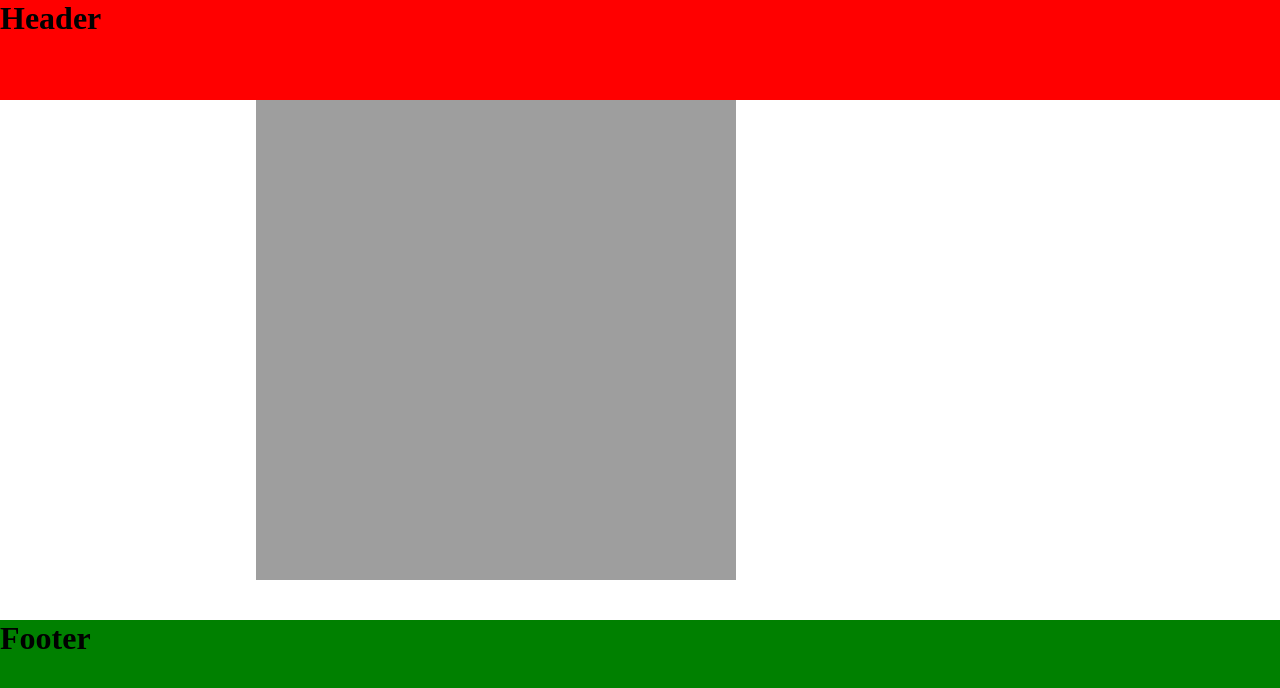
Repository: jameswilky/chess
Page: index.html
These files come from the project's save history. The page is drawn as it stood at one moment and after the next save; the edit follows.
The browser window is 1280 px wide. The pictures show the whole page.

Above is the page before, as saved 2018-11-21 20:33:52.

### index.html
<!DOCTYPE html>
<html>

<head>
    <meta charset="utf-8" />
    <title>Chess</title>
    <link href="style.css" rel="stylesheet">
</head>

<body>

    <div class="wrapper">
        <header>
            <h1>Header</h1>

        </header>
    </div>
    <div class="game">
        <canvas id="board"></canvas>
        <canvas id="markers"></canvas>
        <canvas id="chessmen_layer"></canvas>
    </div>
    <footer>
        <h1>Footer</h1>
    </footer>
    </div>





</body>

<script src="board.js"></script>
<script src="chessmen.js"></script>
<script src="mouse.js"></script>
<script src="game.js"></script>

</html>

### style.css
* {
  padding: 0;
  margin: 0;
}

.game{
  position: absolute;
  height: 480px;
  width: 480px;
  grid-area: game;
  top:100px;
  bottom:100px;
  overflow: hidden;
  left: 20%;
}

#board {
  left : 0; z-index:0; position: absolute;
}

#markers {
  left : 0; z-index:0; position: absolute;
}

#chessmen_layer {
 left : 0; z-index:1; position: absolute;
}

header{
  position: absolute;
  background-color: red;
  top:0;
  right: 0;
  left: 0;
  height: 100px;
}

footer{
  position: absolute;
  right: 0;
  left: 0;
  background-color: green;
  height: 100px;
  bottom: 0;
}

### board.js
//Define globals
const WIDTH = 480;
const HEIGHT = 480;
const N = 8;
const TILE_SIZE = HEIGHT / N; // 60

//Define board canvas
const board = document.getElementById("board");
const board_ctx = board.getContext("2d");
board.height = HEIGHT;
board.width = WIDTH;
let primary_color = "#a87e2b";
let secondary_color = "#ffdf9e";

//Define marker layer
const markers = document.getElementById("markers");
const markers_ctx = markers.getContext("2d");
markers.height = HEIGHT;
markers.width = WIDTH;

//Define chessmen layer
const chessmen_layer = document.getElementById("chessmen_layer");
const chessmen_ctx = chessmen_layer.getContext("2d");
chessmen_layer.height = HEIGHT;
chessmen_layer.width = WIDTH;

//Used for drawing
function drawRect(ctx, x, y, color) {
  ctx.beginPath();
  ctx.rect(x, y, TILE_SIZE, TILE_SIZE);
  ctx.fillStyle = color;
  ctx.fill();
  ctx.closePath();
}

function initialize_board() {
  // Initialize graphical and logical board
  let i, j, x, y = 0;
  let prev_color;
  for (i = 0; i < N; i++) {
    y = TILE_SIZE * i;
    if (i % 2 == 0) { //If even, start with a black grid
      prev_color = secondary_color;
    }
    else { //If odd, start with a #ffcf7c grid
      prev_color = primary_color;
    }
    for (j = 0; j < N; j++) {
      x = TILE_SIZE * j;

      if (prev_color == primary_color) { //If last block black, make this block #ffcf7c
        prev_color = secondary_color;
      }
      else if (prev_color == secondary_color) { //If last block #ffcf7c, make this block black
        prev_color = primary_color;
      }
      drawRect(board_ctx, x, y, prev_color);

    }
  }
}

### chessmen.js
let chessmen = []; // Hold living chest piece objects

// Populate list of current chess pieces
function init_chessmen(items) {
  for (let id = 0; id < items.length; id++) {
    chessmen[id] = new Chessman(id, items[id].type, items[id].row, items[id].col, items[id].faction);
    chessmen[id].render(chessmen_ctx);
  }
}

//Chest piece constructor
function Chessman(id, type, row, col, faction) {
  this.name = type + "_" + faction + "_" + id;
  this.id = id;
  this.type = type;
  this.position = {
    logical: { col: col, row: row },
    graphical: { //calculate position of chest piece
      x: (col * TILE_SIZE), y: (row * TILE_SIZE)
    }
  }
  this.faction = faction;
  this.sprite = "/images/" + type + "_" + faction + ".png";
  this.options = []; // holds objects containing possible locations to move
  this.render = function () {
    //Draws the chest piece
    let img = new Image();
    let x = this.position.graphical.x;
    let y = this.position.graphical.y;
    console.log(x, y)

    img.onload = function () {
      //Loads when img.src is called
      chessmen_ctx.beginPath();
      chessmen_ctx.drawImage(img, x, y);
      chessmen_ctx.closePath();
    }
    img.src = this.sprite;
  }
  this.derender = function () {
    chessmen_ctx.beginPath();
    chessmen_ctx.clearRect(this.position.graphical.x, this.position.graphical.y, TILE_SIZE, TILE_SIZE);
    chessmen_ctx.closePath();
  }
  this.calculate_movement_options = function () {
    //This function is used to determine the coordinates of each possible move for a selected tile
    this.options = []; //clear last options
    let j = 0;
    let i = 0; //used to iterate through list of options
    //console.log(type, faction, row, col)
    let r = this.position.logical.row;
    let c = this.position.logical.col;

    let options = this.options;

    function check_tile(row, col, diag, isPawn) {
      //diag is an optional variable for pawn sideways movement logic
      diag = diag || false;
      isPawn = isPawn || false;

      //Checks the status of the board to see if the chessman can move to selected tile

      let option = {}; //edited, used to hold {faction:faction}
      //Check tile does not exceed bounds of the board
      if (row > 7 || row < 0 || col > 7 || col < 0) {
        return false;
      }

      //Check if target tile contains a chessman of same faction
      let isFriendly = false;
      let isEnemy = false;

      chessmen.forEach(chessman => {
        if (chessman.position.logical.row == row && chessman.position.logical.col == col) { //Check if position is occupied
          if (chessman.faction == faction) {
            isFriendly = true;
          }
          else { //tile is occupied by enemy
            isEnemy = true;
          }
          option.contains = chessman;
        }
      })

      //pawn logic
      if (diag && isEnemy) {
        option.row = row;
        option.col = col;
        options[i] = option;
        i++;
      }
      if (diag && !isEnemy) {
        return
      }

      //if tile does not contain friendly chessmen, or if its an enemy create new option
      if (!isFriendly || isEnemy) {
        option.row = row;
        option.col = col;
        options[i] = option;
        i++;
      }
      return isFriendly || isEnemy;

    }

    if (this.type == "pawn") {
      if (this.faction == "black") {
        check_tile(r + 1, c);//south
        check_tile(r + 1, c + 1, true) // south East
        check_tile(r + 1, c - 1, true) //south West
        if (this.nMoves == 0) {
          check_tile(r + 2, c); //Extra move on first turn
        }
      }
      if (this.faction == "white") {
        check_tile(r - 1, c); //north
        check_tile(r - 1, c + 1, true) // North East
        check_tile(r - 1, c - 1, true) //North West
        if (this.nMoves == 0) {
          check_tile(r - 2, c); //Extra move on first turn
        }
      }
    }
    if (this.type == "rook") {
      for (j = 0; j < N; j++) {// South
        if (check_tile(r + j + 1, c) == true) break
      }
      for (j = 0; j < N; j++) {// East
        if (check_tile(r, c + j + 1) == true) break
      }
      for (j = 0; j < N; j++) {// North
        if (check_tile(r - j - 1, c) == true) break
      }
      for (j = 0; j < N; j++) {// West
        if (check_tile(r, c - j - 1) == true) break
      }
    }
    if (this.type == "bishop") {
      for (j = 0; j < N; j++) { // South East
        if (check_tile(r + 1 + j, c + 1 + j) == true) break
      }
      for (j = 0; j < N; j++) { // South West
        if (check_tile(r + 1 + j, c - 1 - j) == true) break
      }
      for (j = 0; j < N; j++) { // North East
        if (check_tile(r - 1 - j, c + 1 + j) == true) break
      }
      for (j = 0; j < N; j++) { // North west
        if (check_tile(r - 1 - j, c - 1 - j) == true) break
      }
    }
    if (this.type == "queen") {
      for (j = 0; j < N; j++) { // South East
        if (check_tile(r + 1 + j, c + 1 + j) == true) break
      }
      for (j = 0; j < N; j++) { // South West
        if (check_tile(r + 1 + j, c - 1 - j) == true) break
      }
      for (j = 0; j < N; j++) { // North East
        if (check_tile(r - 1 - j, c + 1 + j) == true) break
      }
      for (j = 0; j < N; j++) { // North west
        if (check_tile(r - 1 - j, c - 1 - j) == true) break
      }
      for (j = 0; j < N; j++) {// South
        if (check_tile(r + j + 1, c) == true) break
      }
      for (j = 0; j < N; j++) {// East
        if (check_tile(r, c + j + 1) == true) break
      }
      for (j = 0; j < N; j++) {// North
        if (check_tile(r - j - 1, c) == true) break
      }
      for (j = 0; j < N; j++) {// West
        if (check_tile(r, c - j - 1) == true) break
      }
    }
    if (this.type == "king") {
      check_tile(r + 1, c + 1) //South East
      check_tile(r + 1, c - 1) //South West
      check_tile(r - 1, c + 1) // North East
      check_tile(r - 1, c - 1) //North West
      check_tile(r + 1, c) //south
      check_tile(r, c + 1) //east
      check_tile(r - 1, c) //north
      check_tile(r, c - 1) //west

    }
    if (this.type == "knight") {
      // Check each tile in clockwise order
      check_tile(r - 2, c + 1)
      check_tile(r - 1, c + 2)
      check_tile(r + 1, c + 2)
      check_tile(r + 2, c + 1)
      check_tile(r + 2, c - 1)
      check_tile(r + 1, c - 2)
      check_tile(r - 1, c - 2)
      check_tile(r - 2, c - 1)
    }

    //return array of options containing locations to highlight

  }
  this.show_movement_options = function () {
    this.options.forEach(option => {
      //Represent each available movement option with a highlighted tile
      drawRect(markers_ctx, (option.col * TILE_SIZE), (option.row * TILE_SIZE), "#635e55");
    })
  }
  this.hover = false;
  this.isKing = false;
  if (this.type == "king") {
    this.isKing = true;
  }

  this.nMoves = 0;
  this.points;
  if (this.type == "king") {
    this.points = 10;
  }
  if (this.type == "queen") {
    this.points = 9;
  }
  if (this.type == "bishop") {
    this.points = 3;
  }
  if (this.type == "knight") {
    this.points = 3;
  }
  if (this.type == "rook") {
    this.points = 5;
  }
  if (this.type == "pawn") {
    this.points = 1;
  }

  //Update graphical and logical position
  this.moveTo = function (col, row) {


    function moveIsValid(r1, r2, c1, c2, options) {
      let valid = false;

      if ((r1 == r2) && (c1 == c2)) {
        // if logical position is the same, no move was made
        valid = false;
      }
      options.forEach(option => {
        if (option.row == r2 && option.col == c2) {
          //todo check faction
          valid = true;
        }
      })
      return valid
    }

    if (moveIsValid(this.position.logical.row, row, this.position.logical.col, col, this.options)) {
      //If valid, Check if enemy chessman has been killed
      //check if desination contains an enemy
      let target = chessmen.find(chessman => {
        return (chessman.position.logical.row == row && chessman.position.logical.col == col)
      })

      // then render at new position and update logical position
      //console.log("Changed position of", chessman, "from row:", chessman.position.logical.row, " col:", chessman.position.logical.col, " to row:", row, "col:", col)

      this.derender(); //De render previous position
      this.position.logical.col = col;
      this.position.logical.row = row;
      this.position.graphical.x = this.position.logical.col * TILE_SIZE;
      this.position.graphical.y = this.position.logical.row * TILE_SIZE;
      this.derender(); //remove any chess pieces
      this.render();

      //If destination contains emeny, remove it from list of active chessmen
      if (target) {
        chessmen.splice(chessmen.indexOf(target), 1);
      }

      this.nMoves++; //used to testing if pawn is moved
      // // trigger movement event
      let event = new CustomEvent('moved');
      document.dispatchEvent(event);
    }
    else {
      //re-render original position
      this.render();
    }
  }
}

// Update location of chest pieces
function render_markers() {
  //Clear all markers
  markers_ctx.clearRect(0, 0, HEIGHT, WIDTH);

  //find chessman that matches mouse location and show movement markers
  chessmen.forEach(chessman => {
    if (chessman.hover == true) {
      chessman.show_movement_options();
    }
  });


}

### mouse.js
let dragging = false;
let selector = document.createElement("img");
;

selector.ondragstart = function () {
  return false;
};

//Compare two row/col coordinates
function coordsMatch(coord, piece) {
  let xmin = piece.x;
  let xmax = piece.x + TILE_SIZE;

  let ymin = piece.y;
  let ymax = piece.y + TILE_SIZE;

  if (
    (coord.x >= xmin) &&
    (coord.x < xmax) &&
    (coord.y >= ymin) &&
    (coord.y < ymax)
  ) {
    return true
  }
}

//Listen for when we hover over a chest piece, then draw the movement options
chessmen_layer.addEventListener('mousemove', (e) => {
  if (dragging == false) {
    let pos = {
      x: e.clientX,
      y: e.clientY
    };
    //Check all chessmen and check if clicked location matches a chessman location
    chessmen.forEach(chessman => {
      if (coordsMatch(pos, chessman.position.graphical)) {
        //If true, select that chessman
        chessman.hover = true;
      }
      else {
        //Otherwise, that chessman was not selected
        chessman.hover = false;
      }
    })
    render_markers();
  }
})

//Click and drag chessmen
chessmen_layer.addEventListener('mousedown', (e) => {

  dragging = true; //stop markers rendering while dragging pieces
  let pos = {
    x: e.clientX,
    y: e.clientY
  }
  //Check all chessmen and check if clicked location matches a chessman location
  chessmen.forEach(chessman => {
    if (coordsMatch(pos, chessman.position.graphical)) {
      if (chessman.faction == "black") {
        dragging = false;
        return
      }
      //If true, derender chessman from chessman_layer, and redraw on selector layer
      chessman.derender();

      //draw selector
      selector.style.position = 'absolute';
      selector.src = chessman.sprite;
      selector.id = 'selector';
      document.body.append(selector);

      //center selector at mouse locaiton
      moveAt(pos.x, pos.y);

      function moveAt(x, y) {
        selector.style.left = x - TILE_SIZE / 2 + 'px';
        selector.style.top = y - TILE_SIZE / 2 + 'px';
      }

      function onMouseMove(moveEvent) {
        moveAt(moveEvent.clientX, moveEvent.clientY);
      }

      // selector will follow mouse on movement
      document.addEventListener('mousemove', onMouseMove);


      // drop the selector, remove unneeded handlers
      chessmen_layer.onmouseup = function (upevent) {
        document.removeEventListener('mousemove', onMouseMove);

        //clear selector
        selector.src = ""
        // console.log("before", document.getElementById('selector'))
        // document.body.removeChild(document.getElementById('selector'))
        // console.log("after", document.getElementById('selector'))

        //convert mouse pos to a row/col logical value
        let dest = {
          x: Math.trunc(upevent.clientX / TILE_SIZE),
          y: Math.trunc(upevent.clientY / TILE_SIZE)
        }

        //console.log("Event 1")
        dragging = false; // allow marker rendering to continue
        chessmen_layer.onmouseup = null;
        //Update chessman logical location and snap to grid
        chessman.moveTo(dest.x, dest.y)
      };
    }
  })
})

### game.js
//Initialize default locations
let default_locations = [
  { tile: 0, type: "rook", row: 0, col: 0, faction: "black" },
  { tile: 1, type: "knight", row: 0, col: 1, faction: "black" },
  { tile: 2, type: "bishop", row: 0, col: 2, faction: "black" },
  { tile: 3, type: "king", row: 0, col: 3, faction: "black" },
  { tile: 4, type: "queen", row: 0, col: 4, faction: "black" },
  { tile: 5, type: "bishop", row: 0, col: 5, faction: "black" },
  { tile: 6, type: "knight", row: 0, col: 6, faction: "black" },
  { tile: 7, type: "rook", row: 0, col: 7, faction: "black" },
  { tile: 8, type: "pawn", row: 1, col: 0, faction: "black" },
  { tile: 9, type: "pawn", row: 1, col: 1, faction: "black" },
  { tile: 10, type: "pawn", row: 1, col: 2, faction: "black" },
  { tile: 11, type: "pawn", row: 1, col: 3, faction: "black" },
  { tile: 12, type: "pawn", row: 1, col: 4, faction: "black" },
  { tile: 13, type: "pawn", row: 1, col: 5, faction: "black" },
  { tile: 14, type: "pawn", row: 1, col: 6, faction: "black" },
  { tile: 15, type: "pawn", row: 1, col: 7, faction: "black" },

  { tile: 48, type: "pawn", row: 6, col: 0, faction: "white" },
  { tile: 49, type: "pawn", row: 6, col: 1, faction: "white" },
  { tile: 50, type: "pawn", row: 6, col: 2, faction: "white" },
  { tile: 51, type: "pawn", row: 6, col: 3, faction: "white" },
  { tile: 52, type: "pawn", row: 6, col: 4, faction: "white" },
  { tile: 53, type: "pawn", row: 6, col: 5, faction: "white" },
  { tile: 54, type: "pawn", row: 6, col: 6, faction: "white" },
  { tile: 55, type: "pawn", row: 6, col: 7, faction: "white" },
  { tile: 56, type: "rook", row: 7, col: 0, faction: "white" },
  { tile: 57, type: "knight", row: 7, col: 1, faction: "white" },
  { tile: 58, type: "bishop", row: 7, col: 2, faction: "white" },
  { tile: 59, type: "king", row: 7, col: 3, faction: "white" },
  { tile: 60, type: "queen", row: 7, col: 4, faction: "white" },
  { tile: 61, type: "bishop", row: 7, col: 5, faction: "white" },
  { tile: 62, type: "knight", row: 7, col: 6, faction: "white" },
  { tile: 63, type: "rook", row: 7, col: 7, faction: "white" },

]

let turn = 0;
let IsWhiteTurn = false;
let IsBlackTurn = false;
let game = true;
let AIOptions = [];


function set_turn() {
  if (turn % 2 == 0) {
    IsWhiteTurn = true;
    IsBlackTurn = false;
    //console.log("White players turn")
  }
  else {
    IsBlackTurn = true;
    IsWhiteTurn = false;
    //console.log("Black players turn")
  }
  turn += 1;
}

function determineAIOptions() {
  let AIOptions = [];
  let i = 0;
  chessmen.forEach(chessman => {
    if (chessman.faction == 'black') {
      chessman.options.forEach(option => {
        let AIOption = {}; //dereference object
        AIOption.row = option.row;
        AIOption.col = option.col;
        if (option.contains) {
          AIOption.points = option.contains.points;
        }
        AIOption.chessman = chessman;
        AIOptions[i] = AIOption;
        i++;
      })
    }
  })
  return AIOptions;

}

function AIMove(options) {
  let max = 0;
  let choice = {};
  options.forEach(option => {
    if (option.points) {
      if (option.points > max) {
        max = option.points;
        choice = option;
      }
    }
  })
  if (max == 0) {
    choice = options[Math.floor(Math.random() * options.length)];  //Return a random choice
  }
  choice.chessman.moveTo(choice.col, choice.row)
  //calculate AI
}


//Set up board
initialize_board();
init_chessmen(default_locations);
chessmen.forEach(chessman => {
  chessman.calculate_movement_options();
})
set_turn();
function checkKing() {
  let kings = chessmen.filter(chessman => chessman.isKing == true)
  if (kings.length == 1) {
    alert(kings[0].faction + " Wins!!!")
  }
}

// Listen for movement
document.addEventListener('moved', function (event) {
  //check if king died last turn;
  checkKing();
  set_turn();
  //Calculate new movement positiifons
  chessmen.forEach(chessman => {
    chessman.calculate_movement_options();
  })

  if (IsBlackTurn) {
    //Run black turn AI
    chessmen.forEach(chessman => {
      chessman.calculate_movement_options(); //assign new options
    })
    AIOptions = determineAIOptions();
    AIMove(AIOptions);
  }
}, false);

After the next save:
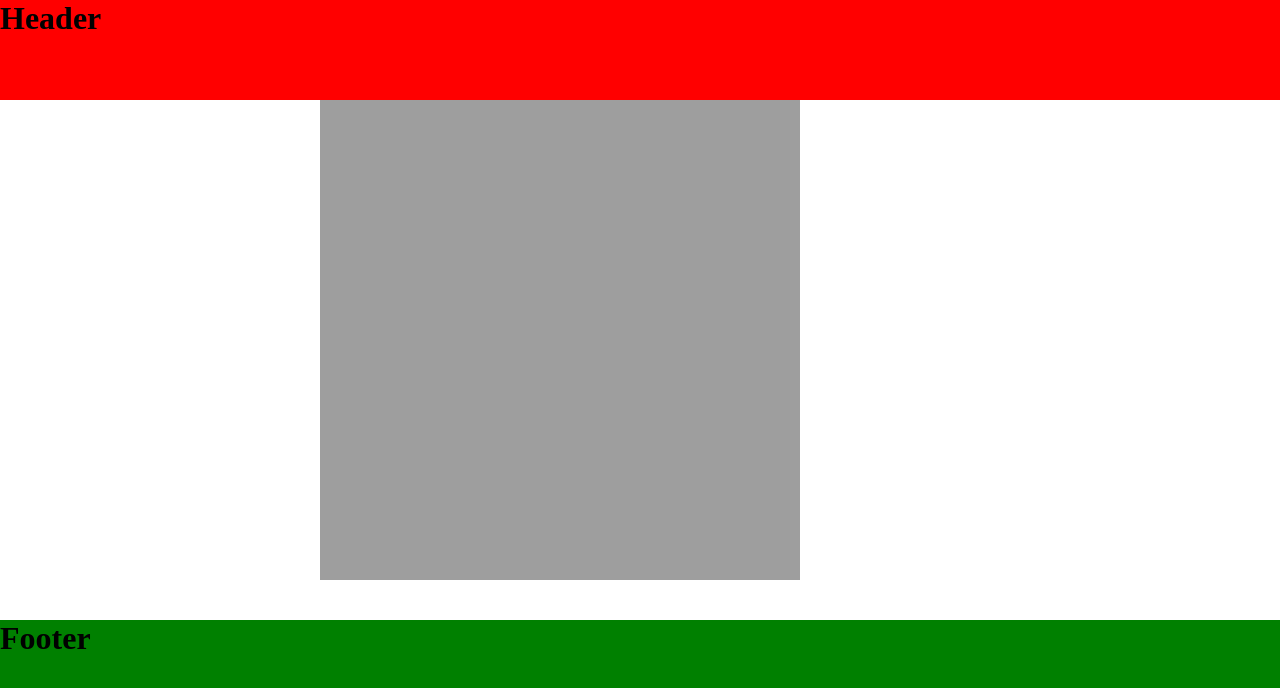
Saved 5 s later.
--- a/style.css
+++ b/style.css
@@ -11,7 +11,7 @@
   top:100px;
   bottom:100px;
   overflow: hidden;
-  left: 20%;
+  left: 25%;
 }
 
 #board {
